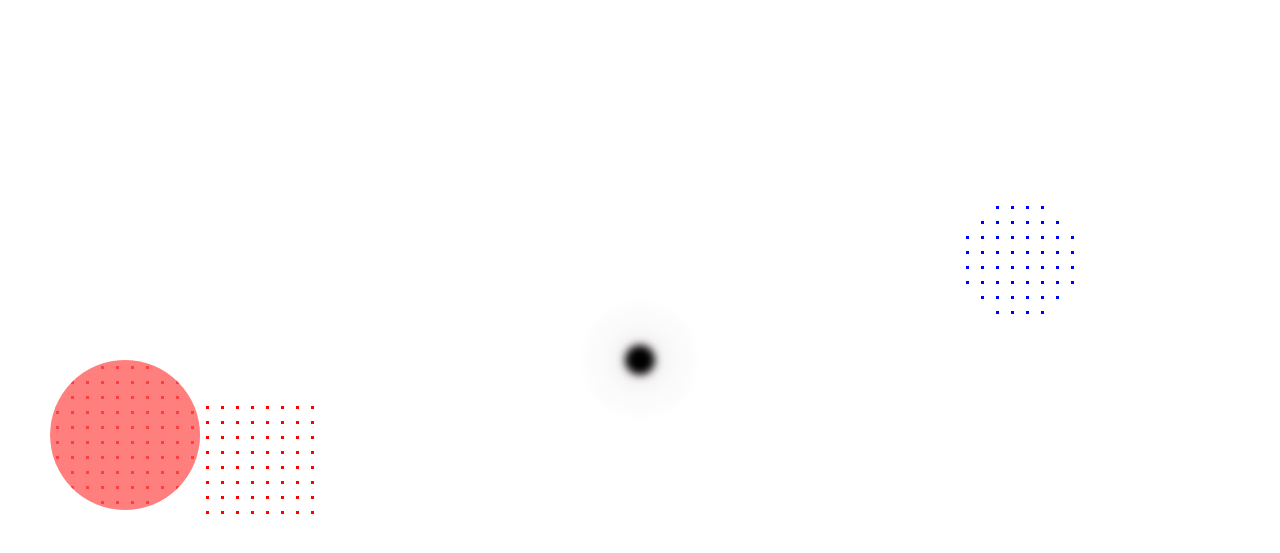
Repository: AdeniranZion/RC-Academy
Page: http://localhost/test/page.php
An editor plug-in stored every save of this project. The page is shown before and after the next save, followed by the edit.
The browser window is 1280 px wide. The pictures show the whole page.
The page is run by PHP 8.4 with error messages shown; the project is at /var/www/html/.

Above is the page before, as saved 2024-06-24 11:32:22.

### test/page.php
<!DOCTYPE html>
<html lang="en">
<head>
  <meta charset="utf-8" />
  <title>Neon Object Movement</title>
  <meta name="viewport" content="width=device-width, initial-scale=1, minimum-scale=1, maximum-scale=1" />
  <style>
    body, html {
      margin: 0;
      padding: 0;
      height: 100%;
      overflow: hidden; /* Prevent scrollbars */
    }

    .neon-container {
      position: relative;
      width: 100%;
      height: 100%;
      display: flex;
      justify-content: center;
      align-items: center;
      background-color: #fff;
      overflow: hidden; /* Prevent object from going out of bounds */
    }

    .neon-object {
      position: absolute;
      width: 30px;
      height: 30px;
      border-radius: 50%;
      background-color: #000; /* Add a background color for visibility */
      box-shadow: 0 0 10px #fed, 0 0 20px #dde, 0 0 30px #fff, 0 0 40px #ddd, 0 0 70px #ddd, 0 0 80px #ddd, 0 0 100px #ddd, 0 0 150px #ddd;
      filter: blur(4px); /* Add Gaussian blur effect */
      pointer-events: none; /* Prevent mouse events on the object itself */
      transition: transform 0.1s ease-out; /* Smooth movement */
    }

    .neon-object-2 {
      width: 120px;
      height: 120px;
      border-radius: 3px;
      background-image: radial-gradient(circle, red 15%, transparent 5%); /* Dotted pattern */
      background-size: 15px 15px; /* Size of each dot */
      background-position: 0 0; /* Start position of background */
      position: fixed;
      bottom: 200px;
      left: 200px;
      transition: transform 0.1s ease-out; /* Smooth movement */
    }
    .neon-object-3 {
      width: 120px;
      height: 120px;
      border-radius: 100px;
      background-image: radial-gradient(circle, blue 15%, transparent 5%); /* Dotted pattern */
      background-size: 15px 15px; /* Size of each dot */
      background-position: 0 0; /* Start position of background */
      position: fixed;
      top: 200px;
      right: 200px;
      transition: transform 0.1s ease-out; /* Smooth movement */
    }

    /* Styling for the rotating circle */
    .rotating-circle {
      position: fixed;
      left: 50px; /* Adjust position as needed */
      top: 50%; /* Center vertically */
      width: 150px;
      height: 150px;
      border-radius: 50%;
      background-color: rgba(255, 0, 0, 0.5);
      animation: rotate 4s linear infinite; /* Rotate animation */
      background-image: radial-gradient(circle, rgba(255, 0, 0, 0.5) 15%, transparent 5%); /* Dotted pattern */
      background-size: 15px 15px; /* Size of each dot */
      background-position: 0 0; /* Start position of background */
      position: fixed;
    }

    @keyframes rotate {
      from {
        transform: rotate(0deg);
      }
      to {
        transform: rotate(360deg);
      }
    }

  </style>
</head>
<body>
  <div class="neon-container">
    <div class="neon-object"></div>
    <div class="neon-object-2"></div>
    <div class="neon-object-3"></div>
  </div>

  <!-- Rotating circle element -->
  <div class="rotating-circle"></div>

  <script>
    document.addEventListener('mousemove', function(e) {
      const neonObject = document.querySelector('.neon-object');
      const neonObject2 = document.querySelector('.neon-object-2');
      const neonObject3 = document.querySelector('.neon-object-3');
      const container = document.querySelector('.neon-container');

      // Get the mouse position relative to the container
      const rect = container.getBoundingClientRect();
      const centerX = rect.left + rect.width / 2;
      const centerY = rect.top + rect.height / 2;

      // Calculate the distance from the center
      const distanceX = e.clientX - centerX;
      const distanceY = e.clientY - centerY;

      // Set a multiplier to control the trailing effect
      const multiplier = 0.08; // Adjust this value for the trailing effect

      // Update the position of neon-object with a trailing effect
      neonObject.style.transform = `translate(${multiplier * distanceX}px, ${multiplier * distanceY}px)`;

      // Update the position of neon-object-2 with the same trailing effect
      neonObject2.style.transform = `translate(${multiplier * distanceX}px, ${multiplier * distanceY}px)`;

      // Update the position of neon-object-3 with the opposite trailing effect
      neonObject3.style.transform = `translate(${-multiplier * distanceX}px, ${-multiplier * distanceY}px)`;
    });
  </script>
</body>
</html>

After the next save:
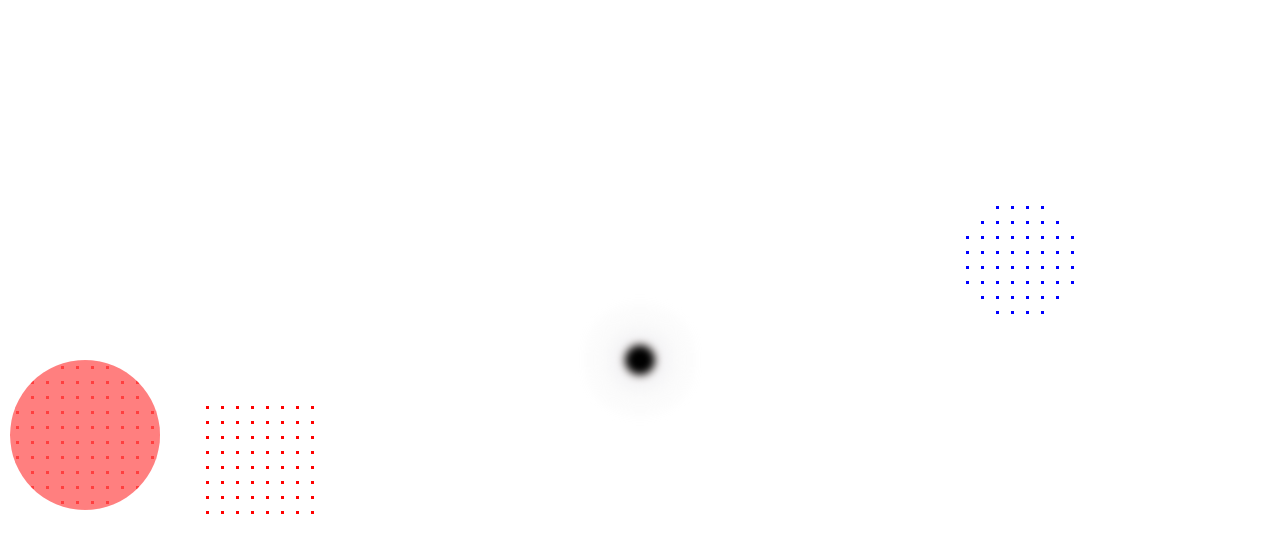
Saved 38 s later.
--- a/test/page.php
+++ b/test/page.php
@@ -63,7 +63,7 @@
     /* Styling for the rotating circle */
     .rotating-circle {
       position: fixed;
-      left: 50px; /* Adjust position as needed */
+      left: 10px; /* Adjust position as needed */
       top: 50%; /* Center vertically */
       width: 150px;
       height: 150px;
